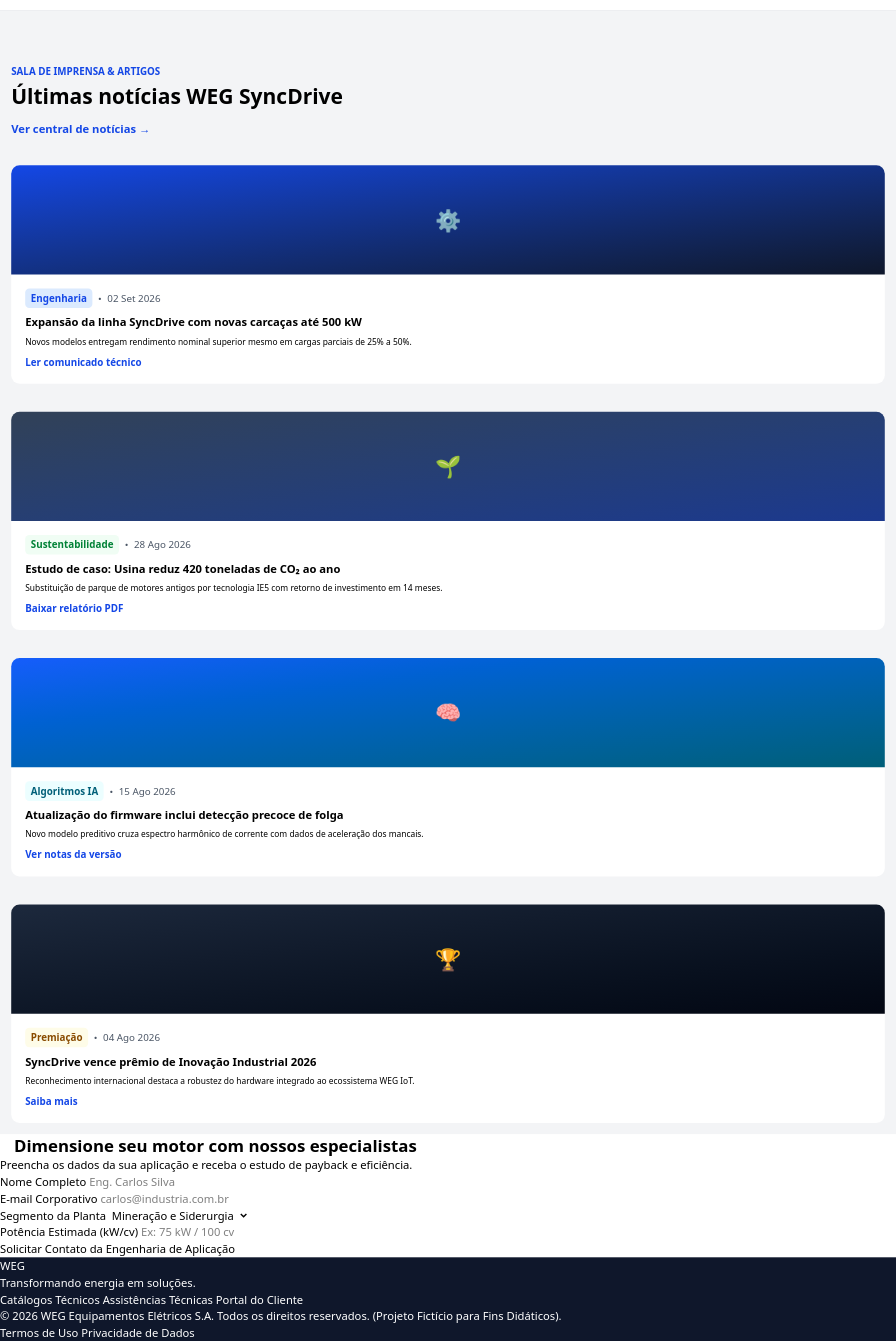
Repository: camilewng/Exercicio-Tailwind
Page: index.html
These files come from the project's save history. The page is drawn as it stood at one moment and after the next save; the edit follows.
The browser window is 1280 px wide. The pictures show the part of the page from y = 2853 to 4773 px (the page is 4769 px tall before and 4773 px after), at 70% of full size.

Above is the page before, as saved 2026-09-14 16:10:38.

After the next save:
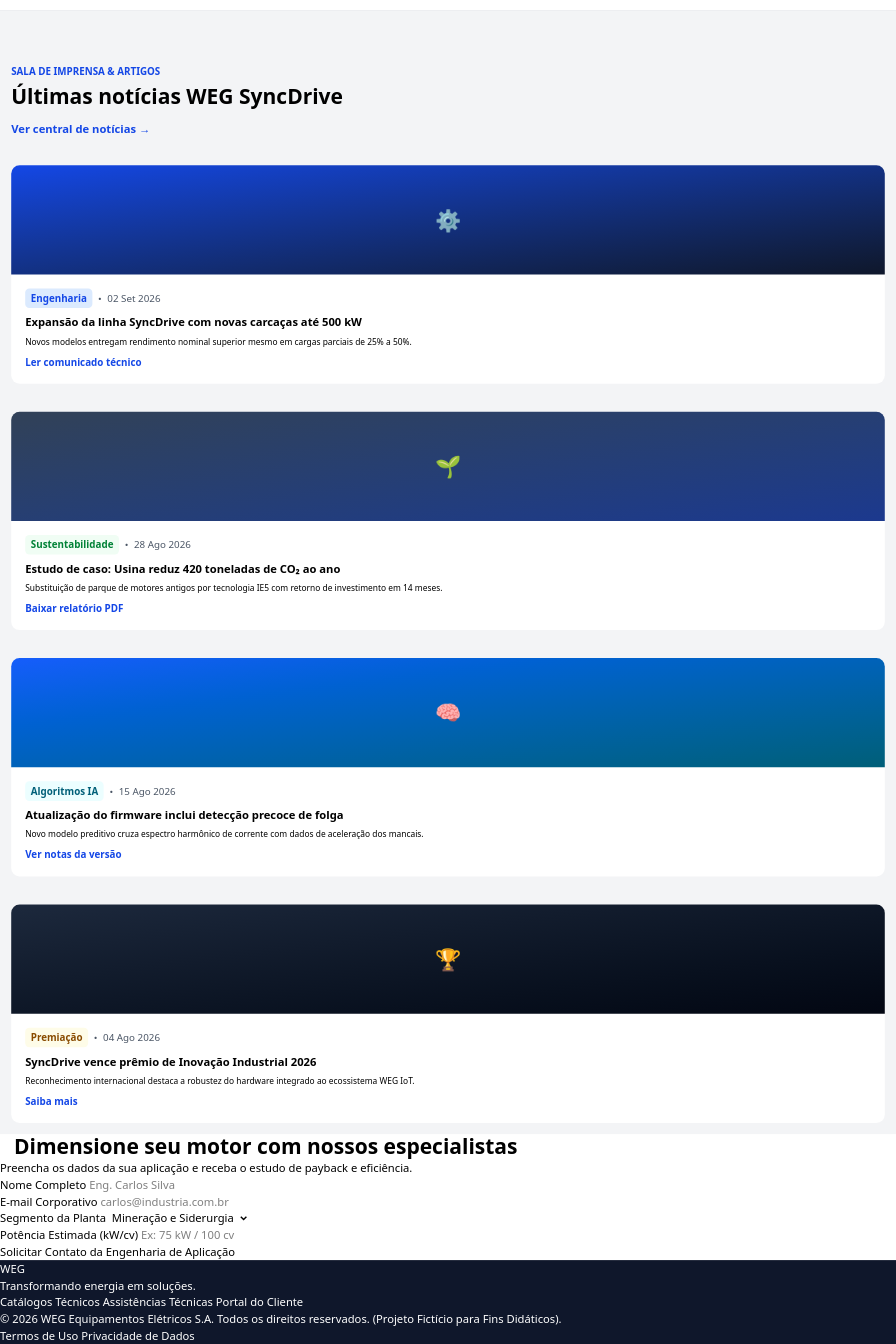
Saved 4 s later.
--- a/index.html
+++ b/index.html
@@ -324,7 +324,7 @@
     <section id="contato">
       <div>
         <div>
-          <h2 class="text-2xl px-5 font-bold">Dimensione seu motor com nossos especialistas</h2>
+          <h2 class="text-3xl px-5 font-bold">Dimensione seu motor com nossos especialistas</h2>
           <p>Preencha os dados da sua aplicação e receba o estudo de payback e eficiência.</p>
         </div>
 
